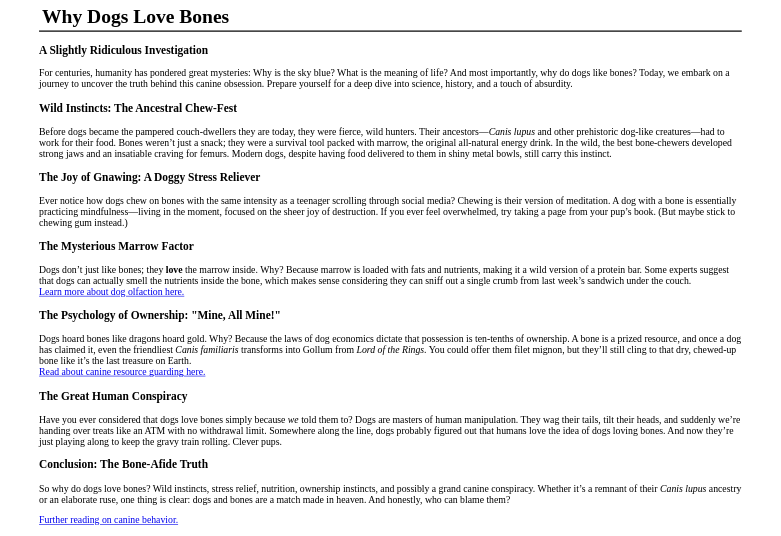
Repository: Leith-vdl/apprentice-challenge-1
Page: index.html
The author's editor kept a copy of each file at every save. The page is drawn from the files as they stood at one save, then again after the next save.
The browser window is 1280 px wide. The pictures show the whole page, at 61% of full size.

Above is the page before, as saved 2025-01-31 15:16:15.

### index.html
<!DOCTYPE html>
<html lang="en">
<head>
    <meta charset="UTF-8">
    <meta name="viewport" content="width=device-width, initial-scale=1.0">
    <title>Why Dogs Love Bones</title>
    <link rel="stylesheet" href="styles/styles.css">
</head>
<body>
    <header class="page-header">
        <h1 class="page-header-title">
            Why Dogs Love Bones
        </h1>
    </header>
    <main>
        <section>
            <h3>A Slightly Ridiculous Investigation</h3>
            <p>
                For centuries, humanity has pondered great mysteries: Why is the sky blue? What is the
                meaning of life? And most importantly, why do dogs like bones? Today, we embark on a
                journey to uncover the truth behind this canine obsession. Prepare yourself for a deep dive into
                science, history, and a touch of absurdity.
            </p>
        </section>
        <section>
            <h3>Wild Instincts: The Ancestral Chew-Fest</h3>
            <p>
                Before dogs became the pampered couch-dwellers they are today, they were fierce, wild
                hunters. Their ancestors—<i>Canis lupus</i> and other prehistoric dog-like creatures—had to work for
                their food. Bones weren’t just a snack; they were a survival tool packed with marrow, the
                original all-natural energy drink. In the wild, the best bone-chewers developed strong jaws
                and an insatiable craving for femurs. Modern dogs, despite having food delivered to them in
                shiny metal bowls, still carry this instinct.
            </p>
        </section>
        <section>
            <h3>The Joy of Gnawing: A Doggy Stress Reliever</h3>
            <p>
                Ever notice how dogs chew on bones with the same intensity as a teenager scrolling through
                social media? Chewing is their version of meditation. A dog with a bone is essentially practicing
                mindfulness—living in the moment, focused on the sheer joy of destruction. If you ever feel
                overwhelmed, try taking a page from your pup’s book. (But maybe stick to chewing gum
                instead.)
            </p>
        </section>
        <section>
            <h3>The Mysterious Marrow Factor</h3>
            <p>
                Dogs don’t just like bones; they <b>love</b> the marrow inside. Why? Because marrow is loaded with
                fats and nutrients, making it a wild version of a protein bar. Some experts suggest that dogs
                can actually smell the nutrients inside the bone, which makes sense considering they can sniff
                out a single crumb from last week’s sandwich under the couch.<br>
                <a href="https://vcahospitals.com/know-your-pet/how-dogs-use-smell-to-perceive-the-world" target="_blank">Learn more about dog olfaction here.</a>
            </p>
        </section>
        <section>
            <h3>The Psychology of Ownership: "Mine, All Mine!"</h3>
            <p>
                Dogs hoard bones like dragons hoard gold. Why? Because the laws of dog economics dictate
                that possession is ten-tenths of ownership. A bone is a prized resource, and once a dog has
                claimed it, even the friendliest <i>Canis familiaris</i> transforms into Gollum from <i>Lord of the Rings.</i>
                You could offer them filet mignon, but they’ll still cling to that dry, chewed-up bone like it’s the
                last treasure on Earth.<br>
                <a href="https://www.battersea.org.uk/pet-advice/dog-advice/dealing-resource-guarding?gad_source=1&gclid=Cj0KCQiAhvK8BhDfARIsABsPy4h3CRlVVPVANZfAc-HngzDTwKg5KUgeNuAmZD8EIJDuwS7ktlBpRYQaAjNyEALw_wcB" target="_blank">Read about canine resource guarding here.</a>
            </p>
        </section>
        <section>
            <h3>The Great Human Conspiracy</h3>
            <p>
                Have you ever considered that dogs love bones simply because <i>we</i> told them to? Dogs are
                masters of human manipulation. They wag their tails, tilt their heads, and suddenly we’re
                handing over treats like an ATM with no withdrawal limit. Somewhere along the line, dogs
                probably figured out that humans love the idea of dogs loving bones. And now they’re just
                playing along to keep the gravy train rolling. Clever pups.
            </p>
        </section>
        <section>
            <h3>Conclusion: The Bone-Afide Truth</h3>
            <p>
                So why do dogs love bones? Wild instincts, stress relief, nutrition, ownership instincts, and
                possibly a grand canine conspiracy. Whether it’s a remnant of their <i>Canis lupus</i> ancestry or an
                elaborate ruse, one thing is clear: dogs and bones are a match made in heaven. And honestly,
                who can blame them?
            </p>
        </section>
    </main>
    <footer>
        <p>
            <a href="https://en.wikipedia.org/wiki/Dog_behavior" target="_blank">Further reading on canine behavior.</a>
        </p>
    </footer>
</body>
</html>

### styles/styles.css
body {
    margin: 0.5em 4em;
}

.page-header {
    border-bottom: 2px solid black;
}

h1.page-header-title {
    margin: 5px;
}

After the next save:
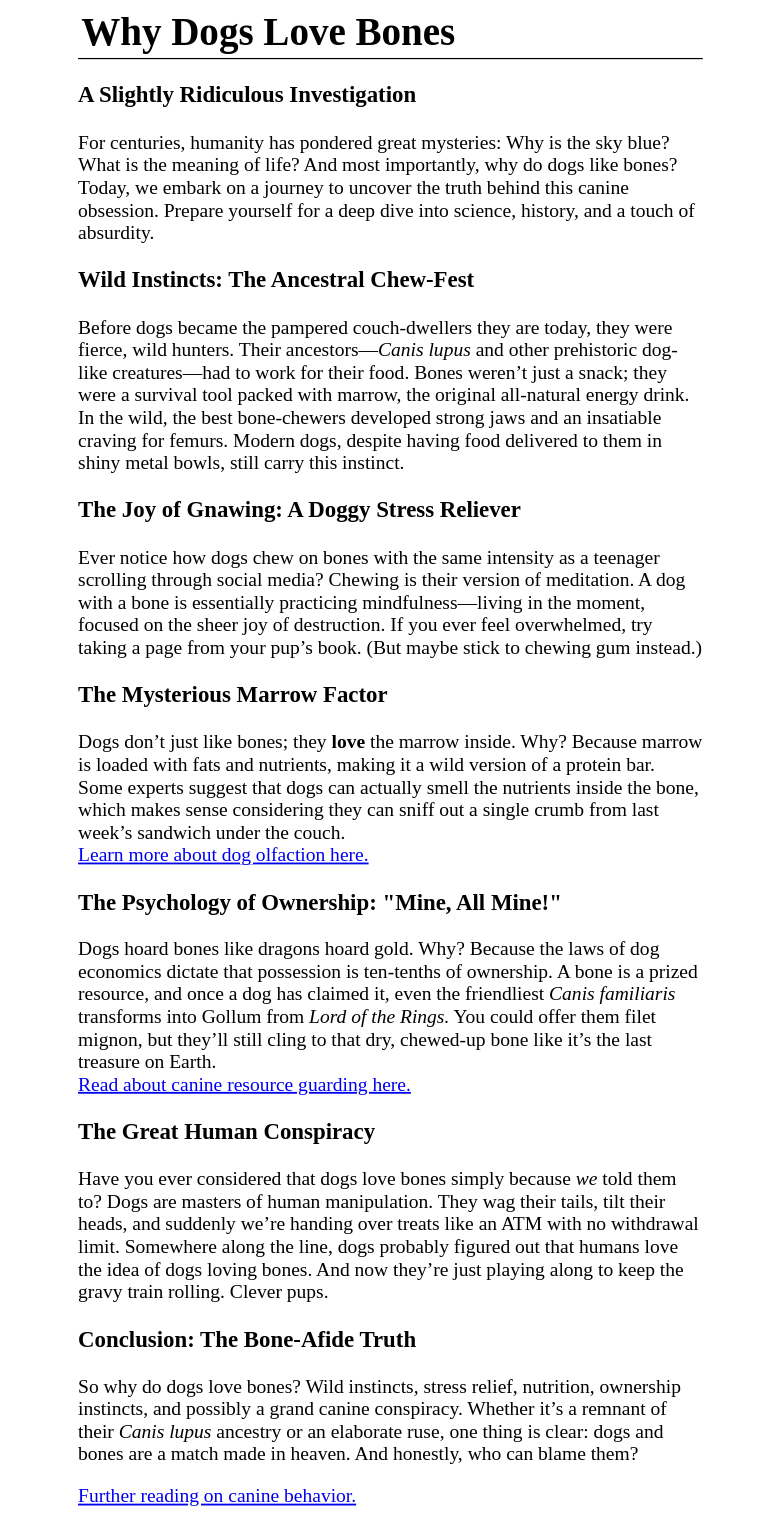
Saved 21 s later.
--- a/styles/styles.css
+++ b/styles/styles.css
@@ -1,5 +1,6 @@
 body {
     margin: 0.5em 4em;
+    font-size: 2em;
 }
 
 .page-header {

After the save that followed:
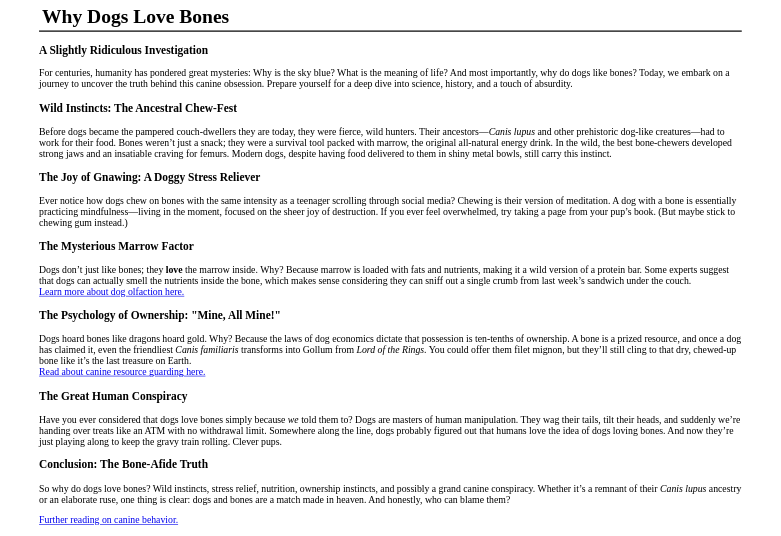
Saved 4 s later.
--- a/styles/styles.css
+++ b/styles/styles.css
@@ -1,6 +1,6 @@
 body {
     margin: 0.5em 4em;
-    font-size: 2em;
+    font-size: 1em;
 }
 
 .page-header {
